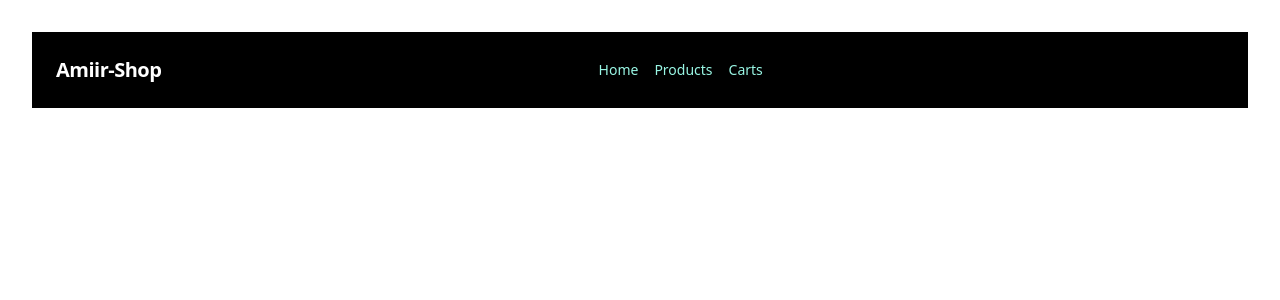
Repository: ENG-AMIIR-MUSE/ECommerce-app-using-react
Page: /
The author's editor kept a copy of each file at every save. The page is drawn from the files as they stood at one save, then again after a run of saves.
The browser window is 1280 px wide. The pictures show the whole page.
The page's requests for data from a server got no answer. The project was rebuilt for these pictures with package versions that can differ from the ones it lists, and the page was loaded fresh each time. No one was signed in, and anything a server would have sent is missing. Also part of the build but not shown: vite.config.js, src/Components/productList.js, src/Components/productCard.js.

Above is the page before, as saved 2023-06-24 18:33:29.

After the next 2 saves:
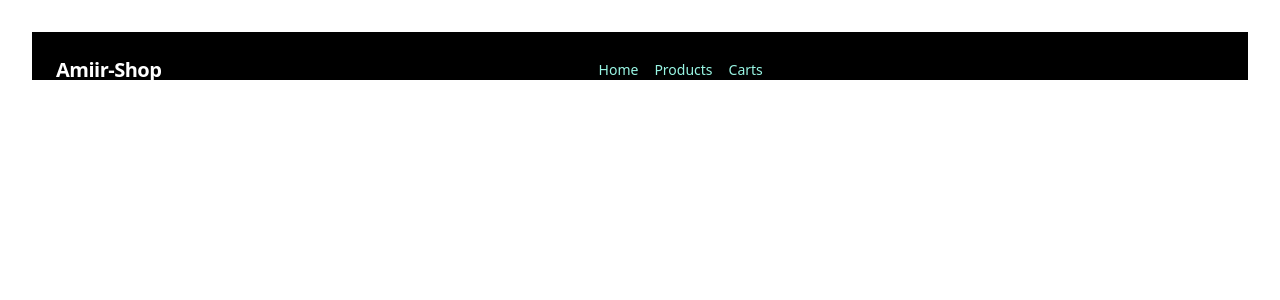
The 2 saves are shown as one change because they came seconds apart.
The last was saved 15 s later.
--- a/src/Components/NavBar.jsx
+++ b/src/Components/NavBar.jsx
@@ -3,7 +3,7 @@
  export function NavBar() {
   return (
     <>
-    <nav className=" items-center justify-between flex-wrap bg-black p-6 mb-20">
+    <nav className=" items-center justify-between flex-wrap bg-black p-6 mb-20 h-10">
   <div className="flex items-center flex-shrink-0 text-white mr-6">
 
     <span className="font-semibold text-xl tracking-tight">Amiir-Shop</span>

After the 3 saves that followed:
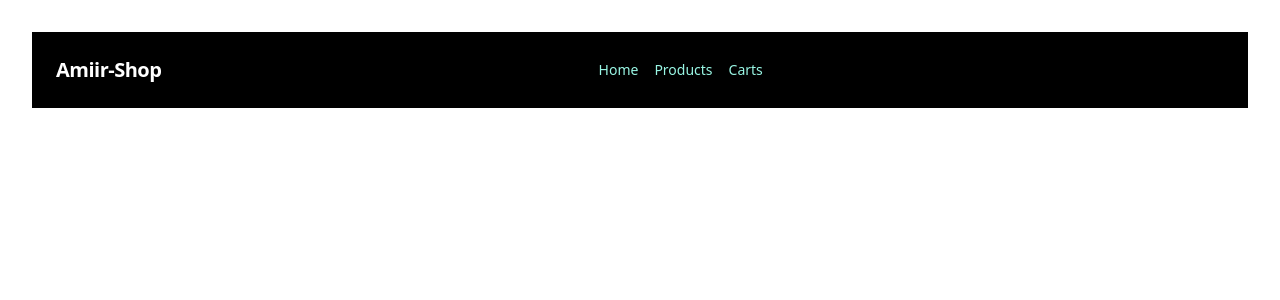
The 3 saves are shown as one change because 1 left the picture as it was and some came seconds apart.
The last was saved 22 s later.
--- a/src/Components/NavBar.jsx
+++ b/src/Components/NavBar.jsx
@@ -3,7 +3,7 @@
  export function NavBar() {
   return (
     <>
-    <nav className=" items-center justify-between flex-wrap bg-black p-6 mb-20 h-10">
+    <nav className=" items-center justify-between flex-wrap bg-black p-6 mb-20 h-auto p-5">
   <div className="flex items-center flex-shrink-0 text-white mr-6">
 
     <span className="font-semibold text-xl tracking-tight">Amiir-Shop</span>
